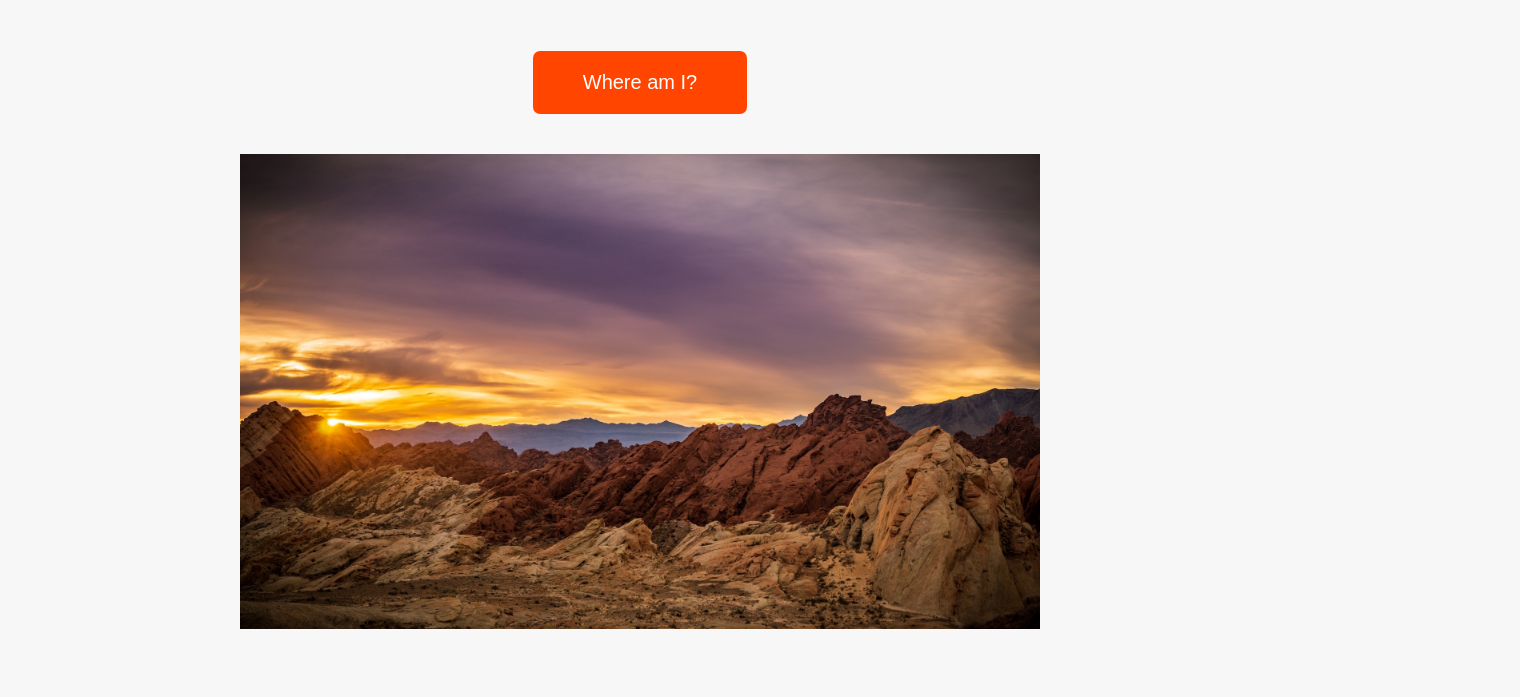
Repository: otvertka/jsc_16
Page: index.html
An editor plug-in stored every save of this project. The page is shown before and after the next save, followed by the edit.
The browser window is 1280 px wide. The page is 1280 px wide, then 1520 px, so the pictures cover 1520 px, including what lies to the right of the window. The pictures show the whole page.

Above is the page before, as saved 2023-03-17 13:27:57.

After the next save:
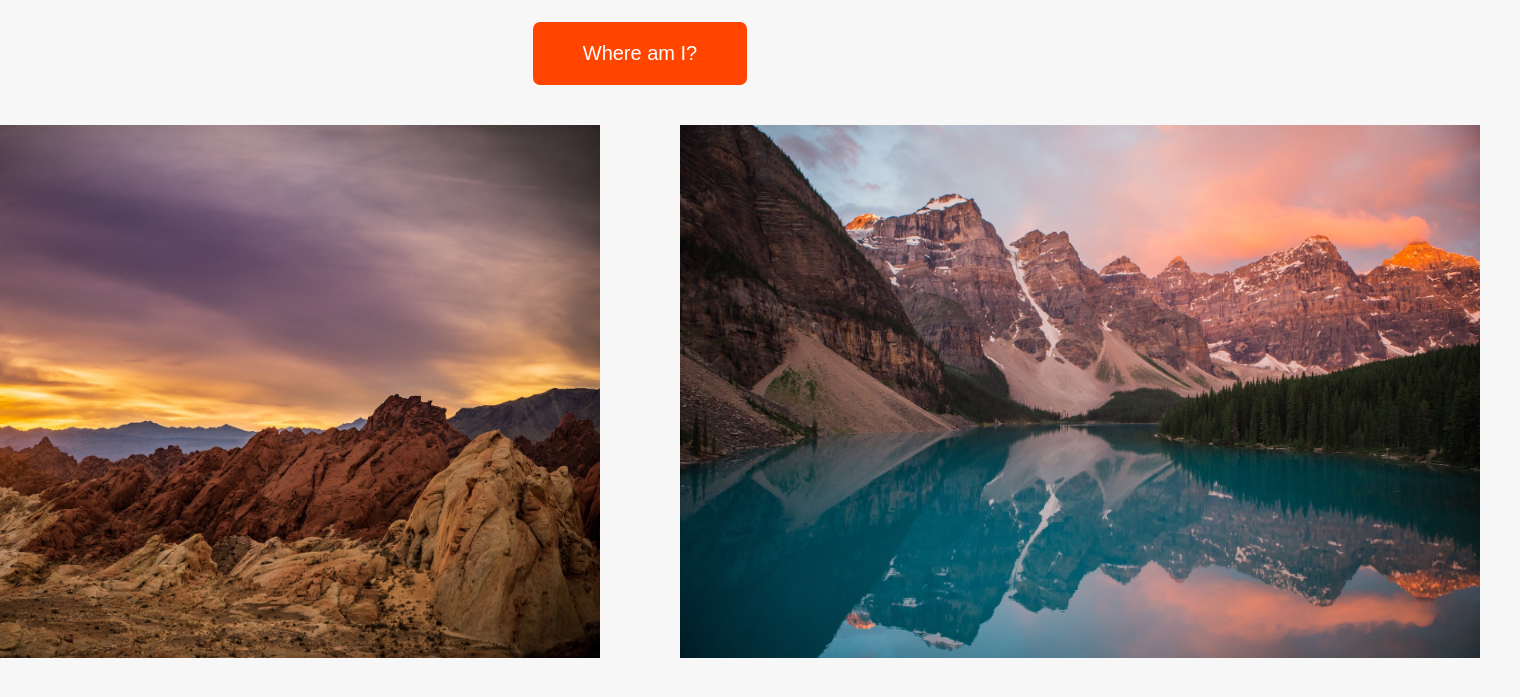
Saved 60 s later.
--- a/script.js
+++ b/script.js
@@ -463,6 +463,8 @@ const loadNPause = async function () {
   console.log('Image2 loaded');
   await wait(2);
   img.style.display = 'none';
+  await createImage('img/img-3.jpg');
+  console.log('Image3 loaded');
 };
 loadNPause();
 //////////////////////
